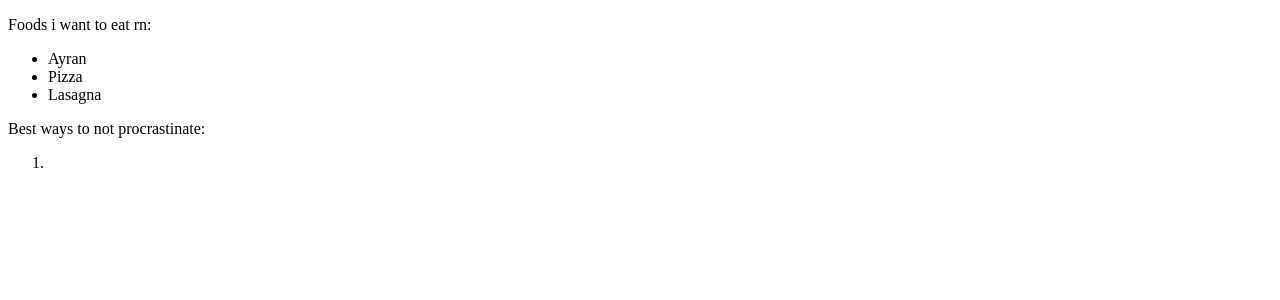
Repository: SkeleDrook/odin
Page: lists.html
These files come from the project's save history. The page is drawn as it stood at one moment and after the next save; the edit follows.
The browser window is 1280 px wide. The pictures show the whole page.

Above is the page before, as saved 2023-01-02 23:37:25.

### lists.html
<!DOCTYPE html>
<html lang="en">

<head>
	<meta charset="UTF-8">
	<title>Testing out the lists again</title>
</head>

<body>
	<p>Foods i want to eat rn:</p>
	<ul>
		<li>Ayran</li>
		<li>Pizza</li>
		<li>Lasagna</li>
	</ul>
	<p>Best ways to not procrastinate:</p>
	<ol>
		<li></li>
	</ol>
</body>

</html>

After the next save:
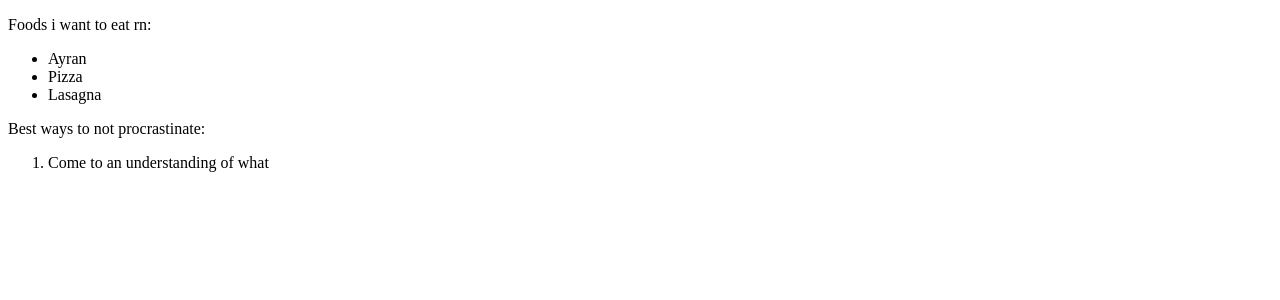
Saved 73 s later.
--- a/lists.html
+++ b/lists.html
@@ -15,7 +15,7 @@
 	</ul>
 	<p>Best ways to not procrastinate:</p>
 	<ol>
-		<li></li>
+		<li>Come to an understanding of what </li>
 	</ol>
 </body>
 
